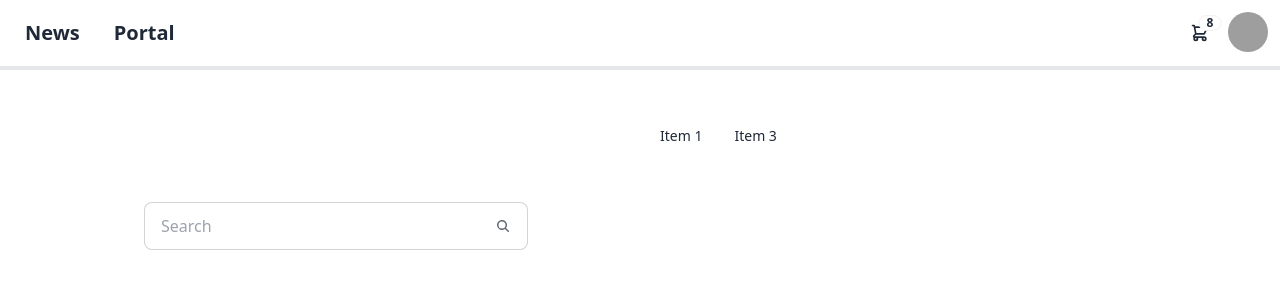
Repository: RudrasahaDibos/news-portal
Page: index.html
The author's editor kept a copy of each file at every save. The page is drawn from the files as they stood at one save, then again after a run of saves.
The browser window is 1280 px wide. The pictures show the whole page.
Pictures or frames that could not be fetched are drawn as grey boxes. Some web libraries are served in a nearby version.

Above is the page before, as saved 2024-11-23 15:02:09.

After the next 3 saves:
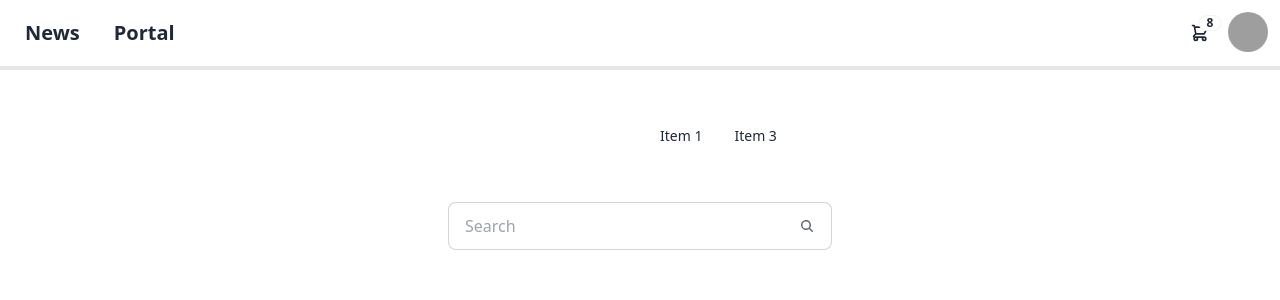
The 3 saves are shown as one change because they came seconds apart.
The last was saved 14 s later.
--- a/index.html
+++ b/index.html
@@ -122,7 +122,7 @@
         <!-- main is start here -->
          <main>
             <!-- search button start here -->
-            <label class="input input-bordered flex items-center gap-2 mt-8 w-96  ml-36 ">
+            <label class="input input-bordered flex items-center gap-2 mt-8 w-96  mx-auto ">
                 <input type="text" class="grow" placeholder="Search" />
                 <svg
                   xmlns="http://www.w3.org/2000/svg"
